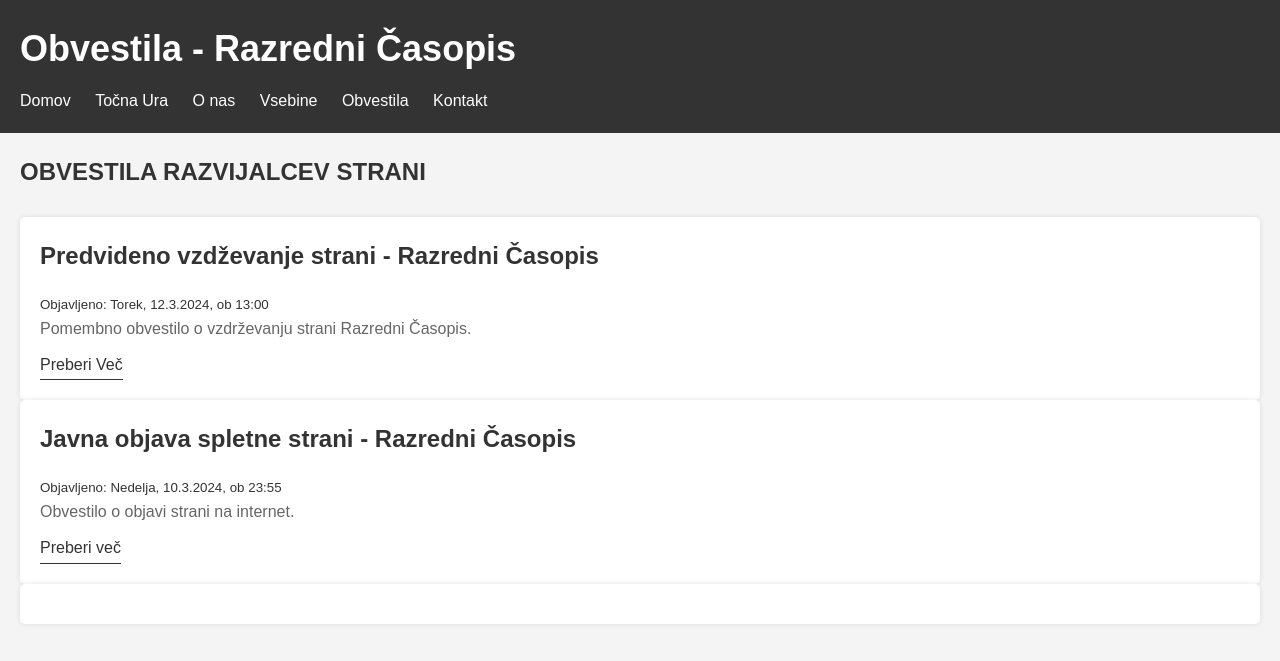
Repository: razrednicasopis/razrednicasopis.github.io
Page: Resources/obvestila.html
An editor plug-in stored every save of this project. The page is shown before and after the next save, followed by the edit.
The browser window is 1280 px wide. The pictures show the whole page.

Above is the page before, as saved 2024-03-12 13:01:43.
Console error: ReferenceError: maintenanceMode is not defined

### Resources/obvestila.html
<!DOCTYPE html>
    <html lang="eu">
        <head>
            <meta charset="UTF-8">
            <meta name="viewport" content="width=device-width, initial-scale=1.0">
            <title>Obvestila</title>
            <link rel="stylesheet" href="styless.css">
            <link rel="stylesheet" href="system.css">
        </head>
            <body>


              <div class="blur-container">
                <div id="vrstica">
                    <header>
                      <h1>Obvestila - Razredni Časopis</h1>
                      <nav>
                        <ul>
                          <li><a href="index.html">Domov</a></li>
                          <li><a href="ura.html">Točna Ura</a></li>
                          <li><a href="o-nas.html">O nas</a></li>
                          <li><a href="vsebine.html">Vsebine </a></li>
                          <li><a href="#">Obvestila</a></li>
                          <li><a href="#" class="showPopupLink">Kontakt</a></li>
                        </ul>
                      </nav>
                    </header>
                    </div>



        <main>
          <section class="obvestilnatabla">
            <h1>OBVESTILA RAZVIJALCEV STRANI</h1><br>
              <article>
                <h2>Predvideno vzdževanje strani - Razredni Časopis</h2>
                <small>Objavljeno: Torek, 12.3.2024, ob 13:00</small>
                <p>Pomembno obvestilo o vzdrževanju strani Razredni Časopis.</p>
                <a href="obvestilo2.html">Preberi Več</a>
              </article>
                <p>
                  <article>
                    <h2>Javna objava spletne strani - Razredni Časopis</h2>
                    <small>Objavljeno: Nedelja, 10.3.2024, ob 23:55</small>
                    <p>Obvestilo o objavi strani na internet.</p>
                    <a href="obvestilo1.html">Preberi več</a>
                  </article>
                    <article>
                      <center></center>
                    </article>
                </p>
          </section>
        </main>
      </div>


<!--Pop-ups and other HTML-->
<div id="popupContainer">
  <div id="overlay"></div>
  <div id="popupContent">
      <h1><b>NEDOSEGLJIVE VSEBINE</b></h1>
      <p>Te vsebine bodo na voljo v naslednjih verzijah strani.</p>
      <p>Obiščite <a href="obvestila.html">obvestila</a> za več novic.</p>
      <br>
      <button id="closePopupBtn">V redu</button>
  </div>
</div>

<div id="maintenancePopup">
  <div id="maintenancePopupContent">
    <h1>POVEZAVA IZGUBLJENA</h1>
    <p>Povezava z strežnikom izgubljena zaradi vzdrževanja strani. Prosimo osvežite stran.</p>
    <button id="closeMaintenancePopupBtn">Osveži</button>
  </div>
</div>

          <script src="alerts.js"></script>
          <script src="maintenancemode.js"></script>

            </body>
    </html>

### Resources/styless.css
* {
  margin: 0;
  padding: 0;
  box-sizing: border-box;
}

/* Globalni slogi */
body {
  font-family: Arial, sans-serif;
  line-height: 1.6;
  background-color: #f4f4f4;
  color: #333;
  margin: 0;
  padding: 0;
  max-height: 100vh;
}


.container {
    text-align: center;
    margin-top: 50px;
}

.border-box {
    display: inline-block;
    padding: 200px;
    width: 550px;
    height: 500px;
    border: 5px solid #333; /* Set your desired border color */
    border-radius: 30px; /* Set the border radius for slightly curved corners */
    background-color: #333; /* Set your desired background color inside the border */
}

header {
  background: #333;
  color: #fff;
  padding: 20px;
}

header h1 {
  margin-bottom: 10px;
  font-size: 36px;
}

nav ul {
  list-style: none;
}

nav ul li {
  display: inline;
  margin-right: 20px;
}

nav ul li a {
  color: #fff;
  text-decoration: none;
}

main {
  padding: 20px;
}

section {
  margin-bottom: 30px;
}

section h2 {
  margin-bottom: 15px;
}

article {
  background: #fff;
  padding: 20px;
  border-radius: 5px;
  box-shadow: 0 0 5px rgba(0, 0, 0, 0.1);
}

article h3 {
  margin-bottom: 10px;
}

article p {
  color: #666;
}

article a {
  display: inline-block;
  margin-top: 10px;
  text-decoration: none;
  color: #333;
  border-bottom: 1px solid #333;
  padding-bottom: 2px;
}

article a:hover {
  color: #000;
  border-color: #000;
}



footer {
  text-align: center;
  padding: 30px;
  background-color: #333;
  color: #fff;
  position: absolute;
  bottom: auto;
  width: 100%;
  text-align: center;
}

### Resources/system.css
/* Koda za "Coming Soon" pop-up */

#popupContainer {
    display: none;
    position: fixed;
    top: 50%;
    left: 50%;
    transform: translate(-50%, -50%);
    background-color: #ffffff;
    box-shadow: 0 4px 8px rgba(0, 0, 0, 0.1);
    padding: 20px;
    border-radius: 10px;
    text-align: center;
    z-index: top;
  }

  #popupContent {
    max-width: 400px;
    margin: 0 auto;
  }

  #closePopupBtn {
    background-color: #3498db;
    color: #ffffff;
    padding: 10px 15px;
    border: none;
    border-radius: 5px;
    cursor: pointer;
  }

  #closePopupBtn:hover {
      background-color: #4da8e1;
  }

  #showPopupLink {
    display: inline-block;
    padding: 10px 15px;
    color: #ffffff;
    text-decoration: none;
    border-radius: 5px;
    cursor: pointer;
  }

body.popup-open {
   overflow: hidden;
}

.popup-open .blur-container {
  filter: blur(5px); /* Apply blur effect only when popup is open */
  pointer-events: none;
}

#maintenancePopup {
  display: none;
  position: fixed;
  top: 50%;
  left: 50%;
  transform: translate(-50%, -50%);
  background-color: #ffffff;
  box-shadow: 0 4px 8px rgba(0, 0, 0, 0.1);
  padding: 20px;
  border-radius: 10px;
  text-align: center;
  z-index: 999;
}

#maintenancePopupContent {
  max-width: 400px;
  margin: 0 auto;
}

#closeMaintenancePopupBtn {
  background-color: #3498db;
  color: #ffffff;
  padding: 10px 15px;
  border: none;
  border-radius: 5px;
  cursor: pointer;
  margin-top: 20px;
}

#closeMaintenancePopupBtn:hover {
  background-color: #4da8e1;
}

/* Koda za "Kontakt" obrazec */

#contactform {
    align-self: center;
    }

    .formcontainer {
      text-align: center;
      margin-top: 50px;
      display: flex;
      justify-content: center;
      align-items: flex-start; /* Align items at the top */
  }

  .border-box {
      display: inline-block;
      padding: 20px;
      width: 550px;
      height: 500px;
      border: 5px solid #333; /* Set your desired border color */
      border-radius: 30px; /* Set the border radius for slightly curved corners */
      background-color: #333; /* Set your desired background color inside the border */
  }

  form input,
form textarea {
    width: calc(100% - 40px); /* Adjusted width with a bit of padding on each side */
    padding: 10px; /* Increased padding for better readability */
    margin-bottom: 5px; /* Increased spacing between input areas */
    margin-top: 25px; /* Move input areas slightly lower */
    height: 40px; /* Increased height to make input areas bigger */
}

form select{
width: calc(100% - 40px); /* Adjusted width with a bit of padding on each side */
padding: 10px; /* Increased padding for better readability */
margin-bottom: 5px;
margin-top: 20px; /* Move input areas slightly lower */
height: 40px; /* Height of input areas */
border: 1px solid #ccc; /* Border style */
border-radius: 5px; /* Border radius */
font-size: 16px; /* Font size */
}

form textarea {
  height: 120px;
}

/* Form Submit Button Styles */

/* Your existing CSS code */
/* Koda za "Coming Soon" pop-up */

#popupContainer {
  display: none;
  position: fixed;
  top: 50%;
  left: 50%;
  transform: translate(-50%, -50%);
  background-color: #ffffff;
  box-shadow: 0 4px 8px rgba(0, 0, 0, 0.1);
  padding: 20px;
  border-radius: 10px;
  text-align: center;
  z-index: top;
}


#popupContent {
  max-width: 400px;
  margin: 0 auto;
}

#closePopupBtn {
  background-color: #3498db;
  color: #ffffff;
  padding: 10px 15px;
  border: none;
  border-radius: 5px;
  cursor: pointer;
}

#closePopupBtn:hover {
    background-color: #4da8e1;
}

#showPopupLink {
  display: inline-block;
  padding: 10px 15px;
  color: #ffffff;
  text-decoration: none;
  border-radius: 5px;
  cursor: pointer;
}

body.popup-open {
 overflow: hidden;
}

body.blur {
filter: blur(5px);
pointer-events: none;
z-index: 1;
}

/* Koda za "Kontakt" obrazec */

#contactform {
  align-self: center;
}

.formcontainer {
  text-align: center;
  margin-top: 50px;
  display: flex;
  justify-content: center;
  align-items: flex-start; /* Align items at the top */
}

.border-box {
  display: inline-block;
  padding: 20px;
  width: 550px;
  height: 500px;
  border: 5px solid #333; /* Set your desired border color */
  border-radius: 30px; /* Set the border radius for slightly curved corners */
  background-color: #333; /* Set your desired background color inside the border */
}

form input,
form textarea {
  width: calc(100% - 40px); /* Adjusted width with a bit of padding on each side */
  padding: 10px; /* Increased padding for better readability */
  margin-bottom: 5px; /* Increased spacing between input areas */
  margin-top: 25px; /* Move input areas slightly lower */
  height: 40px; /* Increased height to make input areas bigger */
}

form select{
width: calc(100% - 40px); /* Adjusted width with a bit of padding on each side */
padding: 10px; /* Increased padding for better readability */
margin-bottom: 5px;
margin-top: 20px; /* Move input areas slightly lower */
height: 40px; /* Height of input areas */
border: 1px solid #ccc; /* Border style */
border-radius: 5px; /* Border radius */
font-size: 16px; /* Font size */
}

form textarea {
height: 120px;
}

/* Combined CSS for Blob Button */

*, *:before, *:after {
  box-sizing: border-box;
  margin: 0;
  padding: 0;
}

.buttons {
  margin-top: 2 0px;
  text-align: center;
  border-radius: 30px;
}

.blob-btn {
  z-index: 1;
  position: relative;
  padding: 20px 150px;
  margin-bottom: 40px;
  margin-top: 10px;
  text-align: center;
  text-transform: uppercase;
  color: #0505A9;
  font-size: 16px;
  font-weight: bold;
  background-color: transparent;
  outline: none;
  border: none;
  transition: color 0.5s;
  cursor: pointer;
  border-radius: 30px;
}
.blob-btn:before {
  content: "";
  z-index: 1;
  position: absolute;
  left: 0;
  top: 0;
  width: 100%;
  height: 100%;
  border: 2px solid #0505A9;
  border-radius: 30px;
}
.blob-btn:after {
  content: "";
  z-index: -2;
  position: absolute;
  left: 3px;
  top: 3px;
  width: 100%;
  height: 100%;
  transition: all 0.3s 0.2s;
  border-radius: 30px;
}
.blob-btn:hover {
  color: #FFFFFF;
  border-radius: 30px;
}
.blob-btn:hover:after {
  transition: all 0.3s;
  left: 0;
  top: 0;
  border-radius: 30px;
}
.blob-btn__inner {
  z-index: -1;
  overflow: hidden;
  position: absolute;
  left: 0;
  top: 0;
  width: 100%;
  height: 100%;
  border-radius: 30px;
  background: #ffffff;
}
.blob-btn__blobs {
  position: relative;
  display: block;
  height: 100%;
  filter: url("#goo");
}
.blob-btn__blob {
  position: absolute;
  top: 2px;
  width: 30%;
  height: 100%;
  background: #0505A9;
  border-radius: 100%;
  transform: translate3d(0, 150%, 0) scale(1.7);
  transition: transform 0.45s;
}
@supports (filter: url("#goo")) {
  .blob-btn__blob {
    transform: translate3d(0, 150%, 0) scale(1.4);
  }
}
.blob-btn__blob:nth-child(1) {
  left: 0%;
  transition-delay: 0s;
}
.blob-btn__blob:nth-child(2) {
  left: 30%;
  transition-delay: 0.08s;
}
.blob-btn__blob:nth-child(3) {
  left: 60%;
  transition-delay: 0.16s;
}
.blob-btn__blob:nth-child(4) {
  left: 90%;
  transition-delay: 0.24s;
}
.blob-btn:hover .blob-btn__blob {
  transform: translateZ(0) scale(1.7);
}

/* Define the keyframes for the pulse effect */
@keyframes pulse {
  0% {
    box-shadow: 0 0 0 0 rgba(255, 255, 255, 0.7); /* Initial box shadow color, adjust to match button color */
  }
  50% {
    box-shadow: 0 0 0 20px rgba(255, 255, 255, 0); /* Intermediate box shadow color */
  }
  100% {
    box-shadow: 0 0 0 0 rgba(255, 255, 255, 0); /* Final box shadow color */
  }
}

/* Apply the animation to the button when it's clicked or focused */
.blob-btn:active, .blob-btn:focus {
  animation: pulse 0.3s ease-in-out; /* Adjust the duration to control the pulse speed */
}

@supports (filter: url("#goo")) {
  .blob-btn:hover .blob-btn__blob {
    transform: translateZ(0) scale(1.5);
  }
}

/* CSS za uro */

.clock {
  margin-top: 6cm;
  text-align: center;
  font-size: 3em;
}

/*CSS za vse stranske nav skupine razen za glavno */

.seznamvsebin {
  display: inline-block;
  vertical-align: bottom;
  width: calc(20% - 4px); /* Adjust width to accommodate border */
  box-sizing: border-box;
  margin: 40px;
  border: 3px solid #000; /* Border thickness */
  height: 750px; /* Set desired height */
  /* Additional styling for seznamvsebin if needed */
  background-color: #f2f2f2;

}

.seznamvsebin nav {
    justify-content: center;
    padding: 30px;

}

.seznamvsebin nav a {
      display: inline-block;
      padding: 5px 10px;
      color: #000000;
      text-align: center;
      text-decoration: none;
      margin-bottom: 5px;
      border: 2px, transparent;
      border-radius: 5px;
      transition: linear, border 0.1s linear;
      font-weight: bold;
}


.seznamvsebin nav a:hover {
    background-color: #e0e0e0;
    border: 2px solid #000000
}

.NoviceContent {
  float: right; /* Align to the right */
  width: calc(80% - 250px); /* Adjusted width */
  box-sizing: border-box;
  margin-top: 100px;
}

.NoviceContent p {
  margin-bottom: 20px;
}

#dynamicText {
  float: right; /* Align to the right */
  width: calc(89% - 250px); /* Adjusted width */
  box-sizing: border-box;
  margin-top: 90px;
}

#dynamicText article {
  width: 99%;
}

/* Pravila Obrazca CSS */

.pravilaobrazca {
  height: 630px;
}

.pravilaobrazca_opozorilo {
  margin-top: 275px; /* Keeps this div at the bottom */
  color: #666; /* Change text color if desired */
}

/* Random CSS */

/* CSS for the admin credits list */

.creditscontainer {
  display: flex;
  flex-wrap: wrap;
}

.creditslist {
  flex: 1;
  margin: 10px;
  padding: 0;
  list-style-type: none;
}

.creditslist li {
  margin-bottom: 5px;
}

.adminlist article {
  min-height: 225px;
}

/* Članki CSS */

.člankimargin {
  margin-top: 20px;
}

.člankimargin article {
  width: 99%;
  margin-left: 10px;
  height: 20.5cm;
}

.člankitext {
  margin-bottom: 75px;
  font-size: 25px;
}

.člankitext2 {
  font-size: 14.5px;
}

.člankitext3 {
  font-size: 18px;
}

#vitin_spis {
  font-size: 20px;
}

#grinchtext {
  font-size: 20px;
}

#grinchimg img {
  width: 20%;
  height: 20%
}

/* CSS za mediji.html */

.shrambaslik {
  float: right; /* Align to the right */
  width: calc(89% - 250px); /* Adjusted width */
  box-sizing: border-box;
  margin-top: 90px;
}

.shrambaslik img[id="1"] {
  width: 25%;
  height: 25%;
}

.shrambaslik img[id="2"] {
  width: 10%;
  height: 5%;
  margin-left: 2%;
}

### Resources/alerts.js
 document.addEventListener('DOMContentLoaded', function () {
        document.querySelectorAll('.showPopupLink').forEach(function (link) {
            link.addEventListener('click', function (event) {
                event.preventDefault();
                document.getElementById('popupContainer').style.display = 'block';
                document.body.classList.add('popup-open');
            });
        });

        document.getElementById('closePopupBtn').addEventListener('click', function () {
            document.getElementById('popupContainer').style.display = 'none';
            document.body.classList.remove('popup-open');
        });
    });

    //Maintenance mode pop-up

    document.addEventListener('DOMContentLoaded', function ()  {
        function toggleMaintenancePopup(show) {
            var maintenancePopup = document.getElementById('maintenancePopup');
            if (maintenancePopup) {
                maintenancePopup.style.display = show ? 'block' : 'none';
                document.body.classList.toggle('popup-open', show);
                console.log(Error);
            }
        }


    function checkMaintenanceStatus() {
        setInterval(function () {


            toggleMaintenancePopup(maintenanceMode);

        }, 1000);
    }

    document.getElementById('closeMaintenancePopupBtn').addEventListener('click', function ()  {
        location.reload();
    });

    checkMaintenanceStatus();
});

Loaded but not shown: Resources/maintenancemode.js (no stored copy; drawn as an empty file)

After the next save:
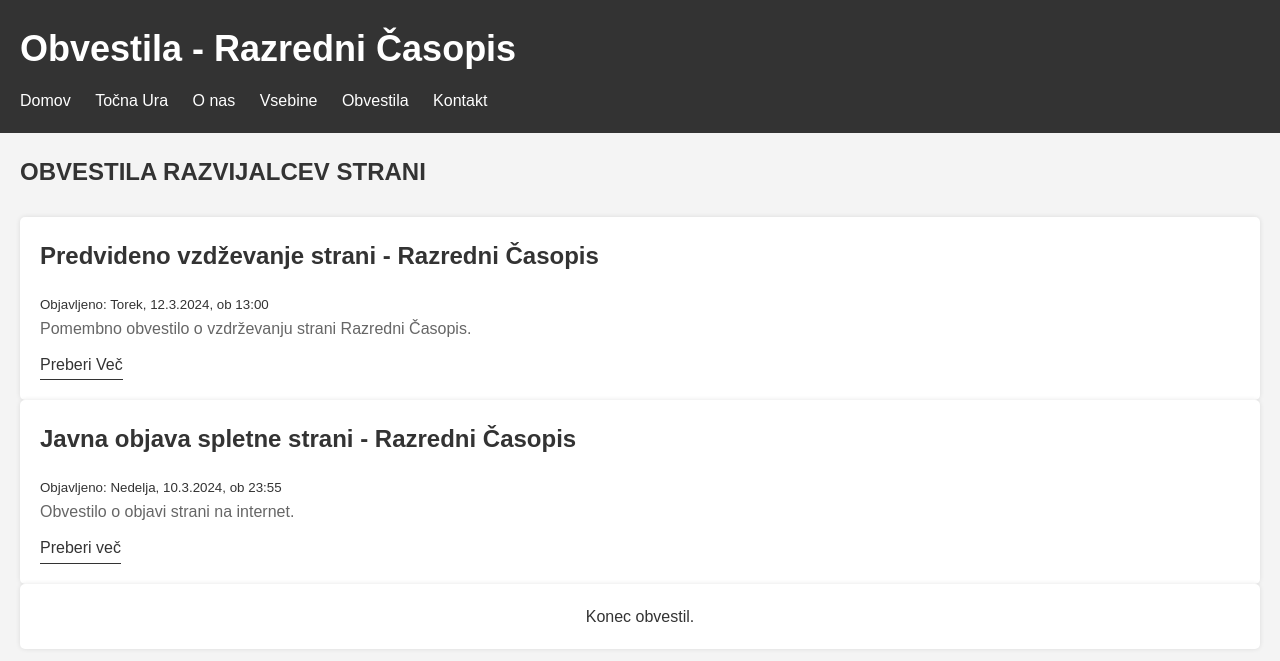
Saved 7 s later.
--- a/Resources/obvestila.html
+++ b/Resources/obvestila.html
@@ -46,7 +46,7 @@
                     <a href="obvestilo1.html">Preberi več</a>
                   </article>
                     <article>
-                      <center></center>
+                      <center>Konec obvestil.</center>
                     </article>
                 </p>
           </section>
